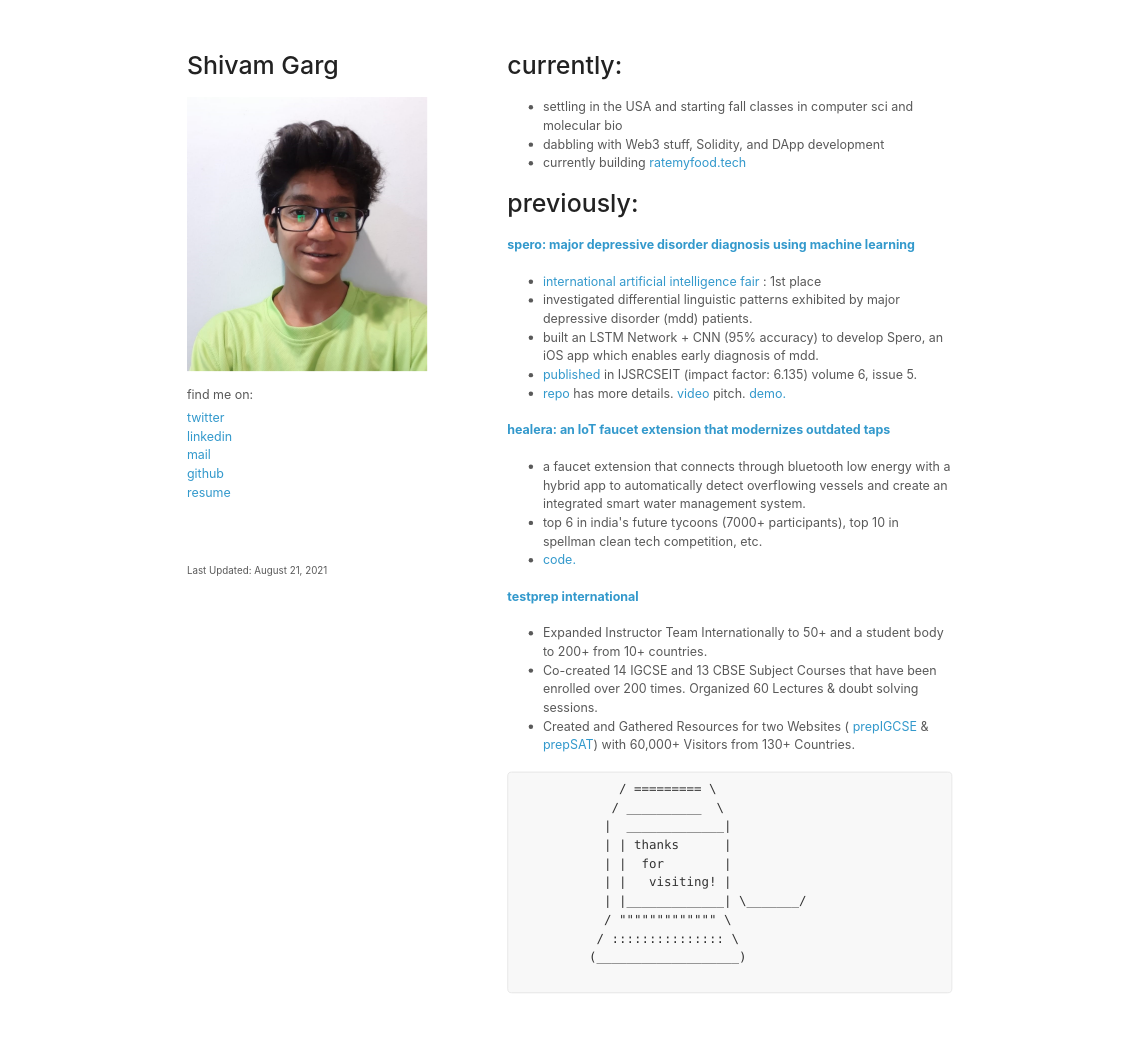
Repository: 22shivam/22shivam.github.io
Page: index.html
An editor plug-in stored every save of this project. The page is shown before and after the next save, followed by the edit.
The browser window is 1280 px wide. The pictures show the whole page, at 89% of full size.

Above is the page before, as saved 2024-06-17 18:54:54.

### index.html
<!doctype html>
<html>

<head>
  <meta charset="utf-8">
  <meta http-equiv="X-UA-Compatible" content="chrome=1">
  <title>Shivam Garg</title>

  <link rel="apple-touch-icon" sizes="180x180" href="assets/favicon/apple-touch-icon.png">
  <link rel="icon" type="image/png" sizes="32x32" href="assets/favicon/favicon-32x32.png">
  <link rel="icon" type="image/png" sizes="16x16" href="assets/favicon/favicon-16x16.png">
  <link rel="manifest" href="assets/favicon/site.webmanifest">
  <title>Shivam Garg</title>
  <meta charset="utf-8">
  <meta name="description" content="hi i am shivam! i love making and learning about new things">
  <meta name="keywords" content="Shivam Garg, Shivam, Personal Website, smgarg, Shivam Manish Garg">
  <link rel="author" href="https://plus.google.com/{{googlePlusId}}" />
  <!-- TODO: fix link below -->
  <link rel="canonical" href="/" />
  <meta name="author" content="Shivam Garg">


  <link rel="stylesheet" href="css/styles.css">
  <link rel="stylesheet" href="css/pygment_trac.css">
  <meta name="viewport" content="width=device-width">
  <!--[if lt IE 9]>
    <script src="//html5shiv.googlecode.com/svn/trunk/html5.js"></script>
    <![endif]-->
</head>

<body>
  <div class="wrapper">
    <header>
      <h1>Shivam Garg</h1>
      <img src="assets/publicPhoto.jpeg" alt="Shivam Garg" height="" width="">
      <p style="margin-bottom: 5px; margin-top: 10px;">find me on:</p>
      <div class="view"><a href="https://twitter.com/0xshivamg/" target="_blank">twitter</a></div>
      <div class="view"><a href="https://www.linkedin.com/in/shivammgarg" target="_blank">linkedin</a></div>
      <div class="view"><a href="mailto:shivamg2604@gmail.com" target="_blank">mail</a></div>
      <div class="view"><a href="https://github.com/22shivam/" target="_blank">github</a></div>
      <div class="view"><a
          href="https://docs.google.com/document/d/1XngIt09bPn4KqA4MeCDZqlIE3TaXOZoX0enz0Mnil3I/edit?usp=sharing"
          target="_blank">resume</a></div>

    </header>
    <section>
      <h1>currently:</h1>

      <ul>
        <li> settling in the USA and starting fall classes in computer sci and molecular bio</li>
        <li> dabbling with Web3 stuff, Solidity, and DApp development </li>
        <li> currently building <a href="https://ratemyfood.tech/" target="_blank"> ratemyfood.tech </a></li>
        <!-- <li> reading the psychology of money </li> -->

      </ul>


      <h1>previously:</h1>

      <p><a href="#"><b>spero: major depressive disorder diagnosis using machine learning</b></a></p>
      <ul>
        <li><a href="https://www.facebook.com/watch/?v=3315503535234343" target="_blanket">international artificial
            intelligence fair </a>: 1st place</li>
        <li> investigated differential linguistic patterns exhibited by major depressive disorder (mdd) patients. </li>
        <li> built an LSTM Network + CNN (95% accuracy) to develop Spero, an iOS app which enables early diagnosis of
          mdd. </li>
        <li> <a href="https://drive.google.com/file/d/13emORumQpy178YOz-o1TLWc3oEMG_0Zk/view?usp=sharing"
            target="_blank">published</a> in IJSRCSEIT (impact factor: 6.135) volume 6, issue 5. </li>
        <li><a href="https://github.com/yumibyte/DepressionAnalysisApp" target="_blank">repo</a> has more details. <a
            href="https://youtu.be/BRpB7O93rG8" target="_blank">video </a>pitch. <a
            href="https://drive.google.com/file/d/1xZBEsI2Kvl0hXr1HkGOkEOxA6GYMHvkU/view?usp=sharing"
            target="_blank">demo.</a></li>
      </ul>

      <p><a href="#"><b>healera: an IoT faucet extension that modernizes outdated taps</b></a></p>
      <ul>
        <li> a faucet extension that connects through bluetooth low energy with a hybrid app to automatically detect
          overflowing vessels and create an integrated smart water management system. </li>
        <li>top 6 in india's future tycoons (7000+ participants), top 10 in spellman clean tech competition, etc.</li>
        <li><a href="https://create.arduino.cc/editor/shivam26/1d686c51-6e04-4531-b3fc-80d3e8be87ea/preview"
            target="_blank">code.</a> </li>
      </ul>

      <p><a href="https://testprepintl.wixsite.com/testprep" target="_blank"><b>testprep international</b></a></p>
      <ul>
        <li>Expanded Instructor Team Internationally to 50+ and a student body to 200+ from 10+ countries.</li>
        <li>Co-created 14 IGCSE and 13 CBSE Subject Courses that have been enrolled over 200 times. Organized 60
          Lectures & doubt solving sessions. </li>
        <li>Created and Gathered Resources for two Websites ( <a href="https://igcse.school.blog/"
            target="_blank">prepIGCSE</a> & <a href="https://prepsatinfo.wordpress.com/" target="_blank">prepSAT</a>)
          with 60,000+ Visitors from 130+ Countries. </li>
      </ul>

      <!-- <p><a href="https://covidhope.litcot.org/" target="_blank"><b>the covidhope initiative</b></a></p>
      <ul>
        <li>recruited 17 editors and designers for the 216-page anthology and oversaw internal operations.</li>
        <li>released anthology in several online stores.</li>
        <li>recognised by <a
            href="https://www.unmgcy.org/youth-initiatives/2020/9/9/the-covidhope-initiative?fbclid=IwAR1hHeQ0HqLZF7lZqmeBwSabEhB1bpDe8zFZsVwr8dct0wwqOb93iT0AzrM"
            target="_blank">united nations major group for children and youth</a> and WHO's weekly operational update on
          covid-19 (<a
            href="https://www.who.int/publications/m/item/weekly-operational-update-on-covid-19---24-may-2021"
            target="_blank">issue 56</a>, page 7).</li>
      </ul> -->

      <!-- <p><a href="#"><b>this is actually a title placeholder</b></a></p>
        <ul>
            <li>bullet <b>1</b></li>
            <li>bullet 2</li>
            <li>bullet 3</li>
        </ul> -->

      <!-- <h1>essays:</h1>
      &#10024; fun stuff coming soon &#10024;
      <br>
      <br>

      <h1>reading list</h1>
      <ul>
        <li>the psychology of money by morgan housel </li>
        <li>the almanack of naval ravikant by eric jorgenson</li>
      </ul> -->

      <!-- <h1>random:</h1>
          <ul>
            <li>random 1:</li>
            <li>random 2:</li>
            <li>random 3:</li>
          </ul>

          <h1>features:</h1>
          <ul>
            <li>feature 1:</li>
            <li>feature 2:</li>
            <li>feature 3:</li>
          </ul>

          <h1>gallery:</h1>
          <ul>
            <li>feature 1:</li>
            <li>feature 2:</li>
            <li>feature 3:</li>
          </ul> -->




      <pre>
             / ========= \
            / __________  \
           |  _____________|
           | | thanks      |
           | |  for        |
           | |   visiting! |
           | |_____________| \_______/
           / """"""""""""" \
          / ::::::::::::::: \
         (___________________)
        </pre>
    </section>
    <footer>
      <p><small>Last Updated: August 21, 2021</small></p>
    </footer>
  </div>
  <script src="js/scale.fix.js"></script>
</body>

</html>

### css/styles.css
body {
  background-color: #fff;
  padding:50px;
  font: 14px/1.5 -apple-system, BlinkMacSystemFont, "Segoe UI", Roboto, Oxygen, Ubuntu, Cantarell, "Fira Sans", "Droid Sans", "Helvetica Neue", Arial, sans-serif, "Apple Color Emoji", "Segoe UI Emoji", "Segoe UI Symbol";
  color:#595959;
  font-weight:400;
}

h1, h2, h3, h4, h5, h6 {
  color:#222;
  margin:0 0 20px;
}

p, ul, ol, table, pre, dl {
  margin:0 0 20px;
}

h1, h2, h3 {
  line-height:1.1;
}

h1 {
  font-size:28px;
  font-weight: 500;
}

h2 {
  color:#393939;
  font-weight: 500;
}

h3, h4, h5, h6 {
  color:#494949;
  font-weight: 500;
}

a {
  color:#39c;
  text-decoration:none;
}

a:hover {
  color:#069;
}

a small {
  font-size:11px;
  color:#777;
  margin-top:-0.3em;
  display:block;
}

a:hover small {
  color:#777;
}

.wrapper {
  width:860px;
  margin:0 auto;
}

blockquote {
  border-left:1px solid #e5e5e5;
  margin:0;
  padding:0 0 0 20px;
  font-style:italic;
}

code, pre {
  font-family:Monaco, Bitstream Vera Sans Mono, Lucida Console, Terminal, Consolas, Liberation Mono, DejaVu Sans Mono, Courier New, monospace;
  color:#333;
}

pre {
  padding:8px 15px;
  background: #f8f8f8;
  border-radius:5px;
  border:1px solid #e5e5e5;
  overflow-x: auto;
}

table {
  width:100%;
  border-collapse:collapse;
}

th, td {
  text-align:left;
  padding:5px 10px;
  border-bottom:1px solid #e5e5e5;
}

dt {
  color:#444;
  font-weight:500;
}

th {
  color:#444;
}

img {
  max-width:100%;
}

header {
  width:270px;
  float:left;
  position:fixed;
  -webkit-font-smoothing:subpixel-antialiased;
}

header ul {
  list-style:none;
  height:40px;
  padding:0;
  background: #f4f4f4;
  border-radius:5px;
  border:1px solid #e0e0e0;
  width:270px;
}

header li {
  width:89px;
  float:left;
  border-right:1px solid #e0e0e0;
  height:40px;
}

header li:first-child a {
  border-radius:5px 0 0 5px;
}

header li:last-child a {
  border-radius:0 5px 5px 0;
}

header ul a {
  line-height:1;
  font-size:11px;
  color:#999;
  display:block;
  text-align:center;
  padding-top:6px;
  height:34px;
}

header ul a:hover {
  color:#999;
}

header ul a:active {
  background-color:#f0f0f0;
}

strong {
  color:#222;
  font-weight:500;
}

header ul li + li + li {
  border-right:none;
  width:89px;
}

header ul a strong {
  font-size:14px;
  display:block;
  color:#222;
}

section {
  width:500px;
  float:right;
  padding-bottom:50px;
}

small {
  font-size:11px;
}

hr {
  border:0;
  background:#e5e5e5;
  height:1px;
  margin:0 0 20px;
}

footer {
  width:270px;
  float:left;
  position:fixed;
  bottom:50px;
  -webkit-font-smoothing:subpixel-antialiased;
}

@media print, screen and (max-width: 960px) {

  div.wrapper {
    width:auto;
    margin:0;
  }

  header, section, footer {
    float:none;
    position:static;
    width:auto;
  }

  header {
    padding-right:320px;
  }

  section {
    border:1px solid #e5e5e5;
    border-width:1px 0;
    padding:20px 0;
    margin:0 0 20px;
  }

  header a small {
    display:inline;
  }

  header ul {
    position:absolute;
    right:50px;
    top:52px;
  }
}

@media print, screen and (max-width: 720px) {
  body {
    word-wrap:break-word;
  }

  header {
    padding:0;
  }

  header ul, header p.view {
    position:static;
  }

  pre, code {
    word-wrap:normal;
  }
}

@media print, screen and (max-width: 480px) {
  body {
    padding:15px;
  }

  header ul {
    width:99%;
  }

  header li, header ul li + li + li {
    width:33%;
  }
}

@media print {
  body {
    padding:0.4in;
    font-size:12pt;
    color:#444;
  }
}

### css/pygment_trac.css
.highlight  { background: #ffffff; }
.highlight .c { color: #999988; font-style: italic } /* Comment */
.highlight .err { color: #a61717; background-color: #e3d2d2 } /* Error */
.highlight .k { font-weight: bold } /* Keyword */
.highlight .o { font-weight: bold } /* Operator */
.highlight .cm { color: #999988; font-style: italic } /* Comment.Multiline */
.highlight .cp { color: #999999; font-weight: bold } /* Comment.Preproc */
.highlight .c1 { color: #999988; font-style: italic } /* Comment.Single */
.highlight .cs { color: #999999; font-weight: bold; font-style: italic } /* Comment.Special */
.highlight .gd { color: #000000; background-color: #ffdddd } /* Generic.Deleted */
.highlight .gd .x { color: #000000; background-color: #ffaaaa } /* Generic.Deleted.Specific */
.highlight .ge { font-style: italic } /* Generic.Emph */
.highlight .gr { color: #aa0000 } /* Generic.Error */
.highlight .gh { color: #999999 } /* Generic.Heading */
.highlight .gi { color: #000000; background-color: #ddffdd } /* Generic.Inserted */
.highlight .gi .x { color: #000000; background-color: #aaffaa } /* Generic.Inserted.Specific */
.highlight .go { color: #888888 } /* Generic.Output */
.highlight .gp { color: #555555 } /* Generic.Prompt */
.highlight .gs { font-weight: bold } /* Generic.Strong */
.highlight .gu { color: #800080; font-weight: bold; } /* Generic.Subheading */
.highlight .gt { color: #aa0000 } /* Generic.Traceback */
.highlight .kc { font-weight: bold } /* Keyword.Constant */
.highlight .kd { font-weight: bold } /* Keyword.Declaration */
.highlight .kn { font-weight: bold } /* Keyword.Namespace */
.highlight .kp { font-weight: bold } /* Keyword.Pseudo */
.highlight .kr { font-weight: bold } /* Keyword.Reserved */
.highlight .kt { color: #445588; font-weight: bold } /* Keyword.Type */
.highlight .m { color: #009999 } /* Literal.Number */
.highlight .s { color: #d14 } /* Literal.String */
.highlight .na { color: #008080 } /* Name.Attribute */
.highlight .nb { color: #0086B3 } /* Name.Builtin */
.highlight .nc { color: #445588; font-weight: bold } /* Name.Class */
.highlight .no { color: #008080 } /* Name.Constant */
.highlight .ni { color: #800080 } /* Name.Entity */
.highlight .ne { color: #990000; font-weight: bold } /* Name.Exception */
.highlight .nf { color: #990000; font-weight: bold } /* Name.Function */
.highlight .nn { color: #555555 } /* Name.Namespace */
.highlight .nt { color: #000080 } /* Name.Tag */
.highlight .nv { color: #008080 } /* Name.Variable */
.highlight .ow { font-weight: bold } /* Operator.Word */
.highlight .w { color: #bbbbbb } /* Text.Whitespace */
.highlight .mf { color: #009999 } /* Literal.Number.Float */
.highlight .mh { color: #009999 } /* Literal.Number.Hex */
.highlight .mi { color: #009999 } /* Literal.Number.Integer */
.highlight .mo { color: #009999 } /* Literal.Number.Oct */
.highlight .sb { color: #d14 } /* Literal.String.Backtick */
.highlight .sc { color: #d14 } /* Literal.String.Char */
.highlight .sd { color: #d14 } /* Literal.String.Doc */
.highlight .s2 { color: #d14 } /* Literal.String.Double */
.highlight .se { color: #d14 } /* Literal.String.Escape */
.highlight .sh { color: #d14 } /* Literal.String.Heredoc */
.highlight .si { color: #d14 } /* Literal.String.Interpol */
.highlight .sx { color: #d14 } /* Literal.String.Other */
.highlight .sr { color: #009926 } /* Literal.String.Regex */
.highlight .s1 { color: #d14 } /* Literal.String.Single */
.highlight .ss { color: #990073 } /* Literal.String.Symbol */
.highlight .bp { color: #999999 } /* Name.Builtin.Pseudo */
.highlight .vc { color: #008080 } /* Name.Variable.Class */
.highlight .vg { color: #008080 } /* Name.Variable.Global */
.highlight .vi { color: #008080 } /* Name.Variable.Instance */
.highlight .il { color: #009999 } /* Literal.Number.Integer.Long */

.type-csharp .highlight .k { color: #0000FF }
.type-csharp .highlight .kt { color: #0000FF }
.type-csharp .highlight .nf { color: #000000; font-weight: normal }
.type-csharp .highlight .nc { color: #2B91AF }
.type-csharp .highlight .nn { color: #000000 }
.type-csharp .highlight .s { color: #A31515 }
.type-csharp .highlight .sc { color: #A31515 }

Loaded but not shown: js/scale.fix.js (common file)

After the next save:
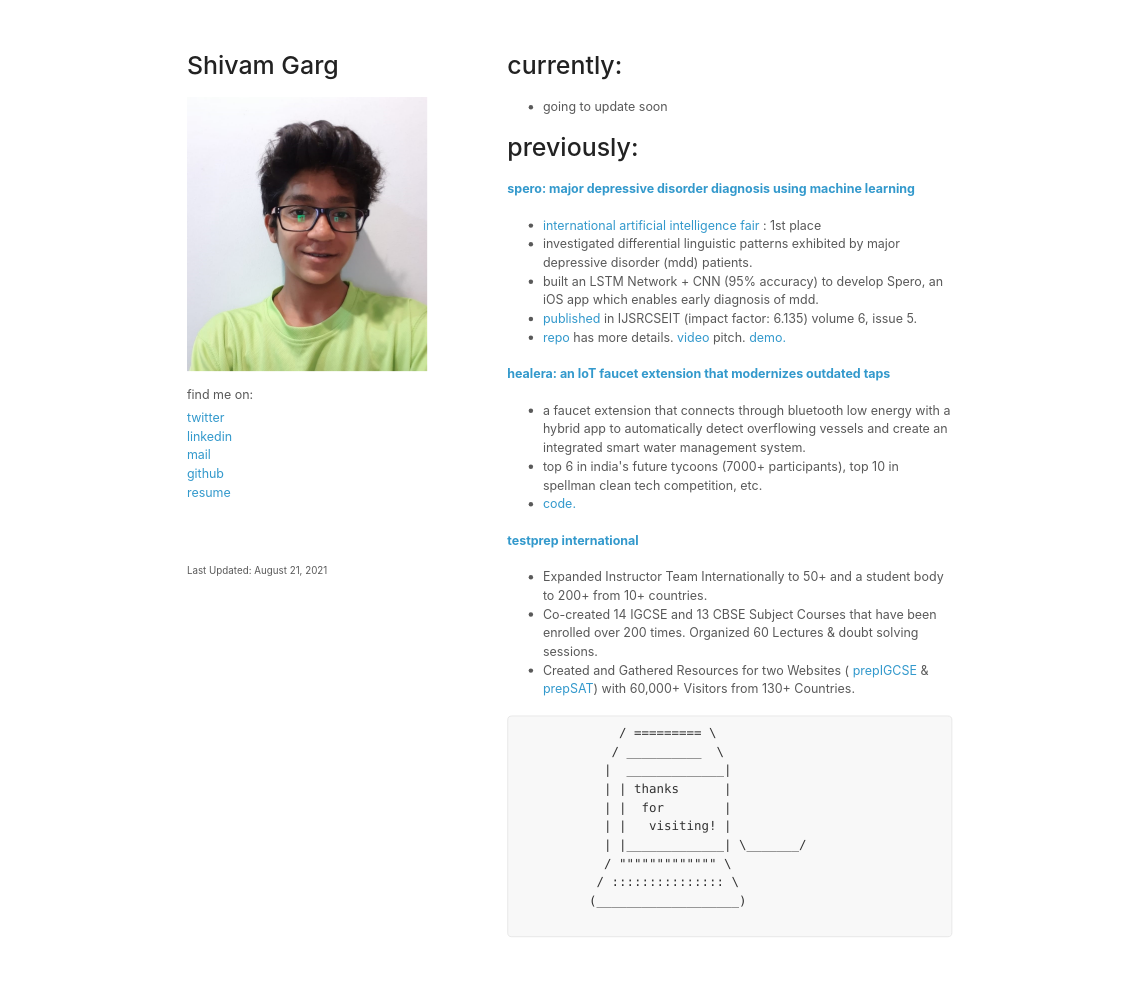
Saved 2 min 30 s later.
--- a/index.html
+++ b/index.html
@@ -47,9 +47,9 @@
       <h1>currently:</h1>
 
       <ul>
-        <li> settling in the USA and starting fall classes in computer sci and molecular bio</li>
-        <li> dabbling with Web3 stuff, Solidity, and DApp development </li>
-        <li> currently building <a href="https://ratemyfood.tech/" target="_blank"> ratemyfood.tech </a></li>
+        <li> going to update soon</li>
+        <!-- <li> dabbling with Web3 stuff, Solidity, and DApp development </li>
+        <li> currently building <a href="https://ratemyfood.tech/" target="_blank"> ratemyfood.tech </a></li> -->
         <!-- <li> reading the psychology of money </li> -->
 
       </ul>
